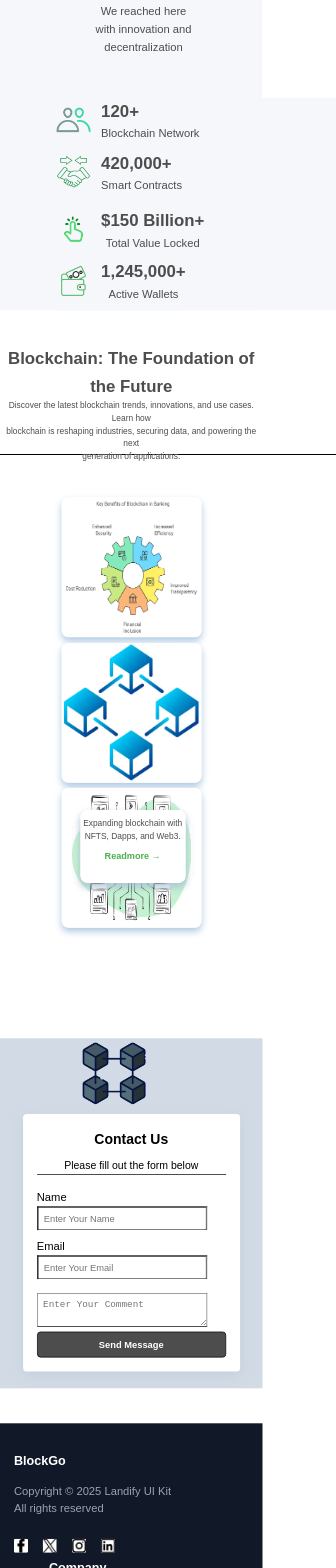
Repository: Tafsirul555/Assignment
Page: Assignment/index.html
These files come from the project's save history. The page is drawn as it stood at one moment and after a run of saves; the edit follows.
The browser window is 375 px wide. The page is 480 px wide, so the pictures cover 480 px, including what lies to the right of the window. The pictures show the part of the page from y = 2256 to 4496 px (the page is 5050 px tall), at 70% of full size.

Above is the page before, as saved 2025-06-12 22:56:38.

After the next 4 saves:
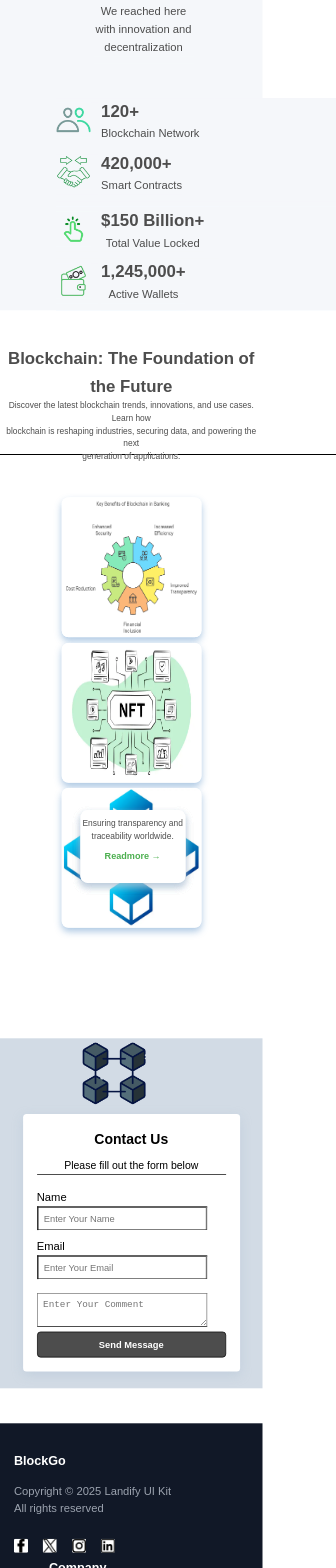
The 4 saves are shown as one change because they came seconds apart.
The last was saved 20 s later.
--- a/Assignment/Assignment1.css
+++ b/Assignment/Assignment1.css
@@ -491,7 +491,11 @@
          height: auto;
     }
 
-
+    .BlockchainFuture-box2{
+        align-items: center;
+    text-align: center;
+    order: 1;
+    }
 }
 
 .Contact{

After the 5 saves that followed:
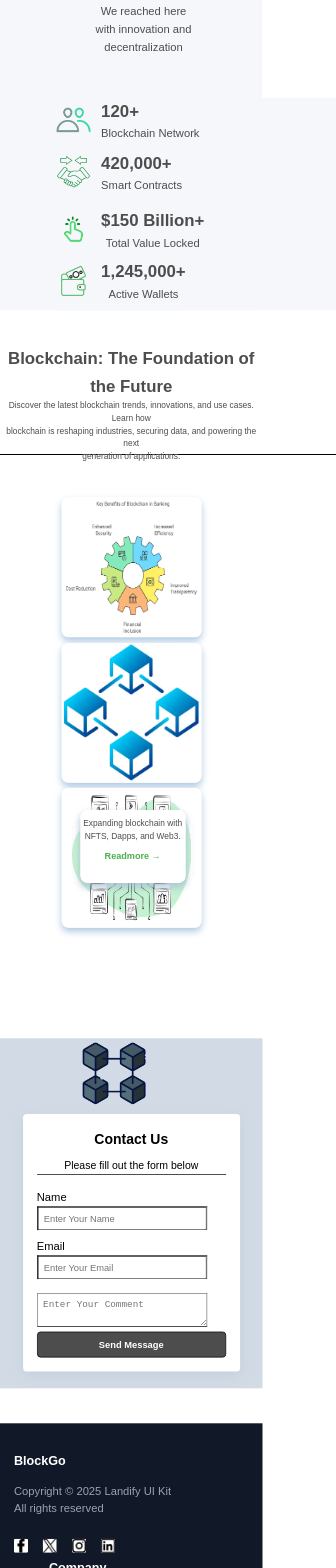
The 5 saves are shown as one change because 1 left the picture as it was and some came seconds apart.
The last was saved 20 s later.
--- a/Assignment/Assignment1.css
+++ b/Assignment/Assignment1.css
@@ -493,9 +493,16 @@
 
     .BlockchainFuture-box2{
         align-items: center;
-    text-align: center;
-    order: 1;
+        text-align: center;
+        order: 1;
     }
+
+    .BlockchainFuture-box3{
+        align-items: center;
+        text-align: center;
+        order: 1;
+    }
+
 }
 
 .Contact{
